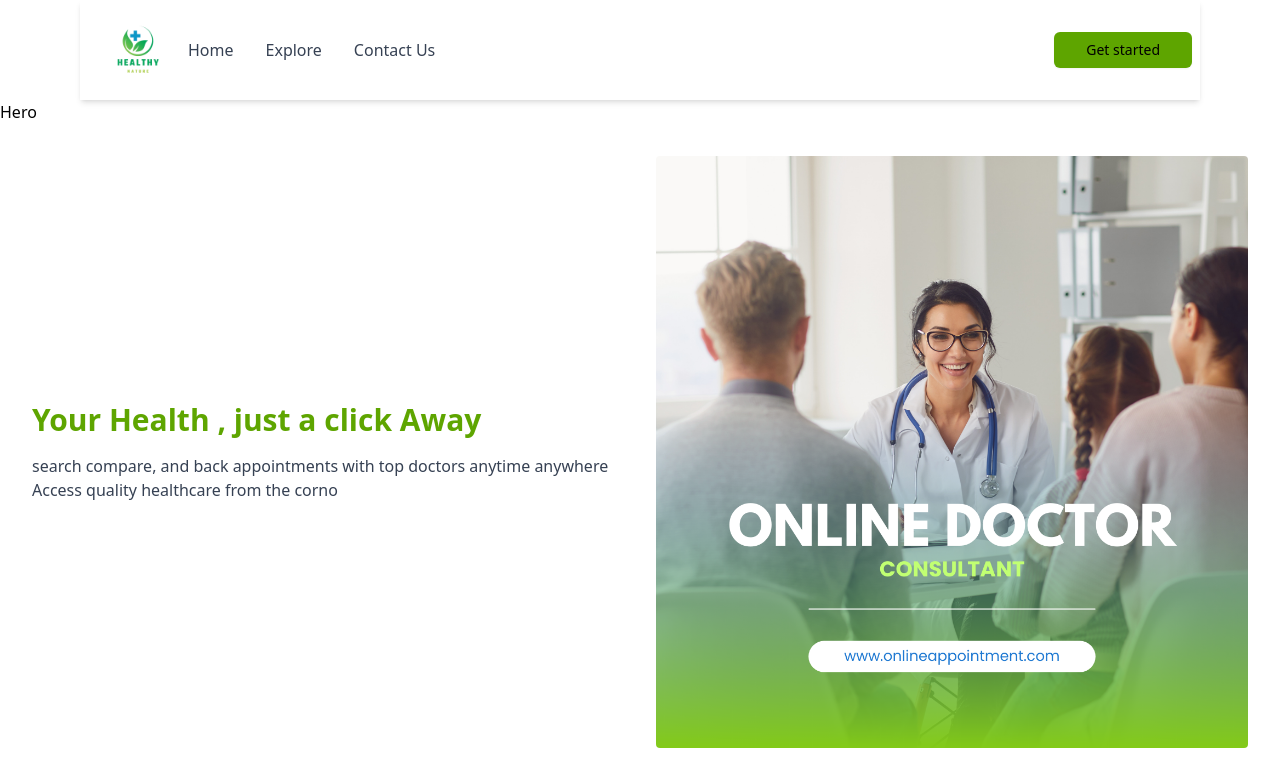
Repository: Muyassar-Mamdoh-Salem/appooinetment_app_frontend
Page: /
The author's editor kept a copy of each file at every save. The page is drawn from the files as they stood at one save, then again after the next save.
The browser window is 1280 px wide. The pictures show the whole page.
The project was rebuilt for these pictures with package versions that can differ from the ones it lists, and the page was loaded fresh each time. The framework's server and built-in components were replaced by stand-ins that run in the browser. Also part of the build but not shown: next.config.mjs.

Above is the page before, as saved 2025-07-03 15:23:48.

After the next save:
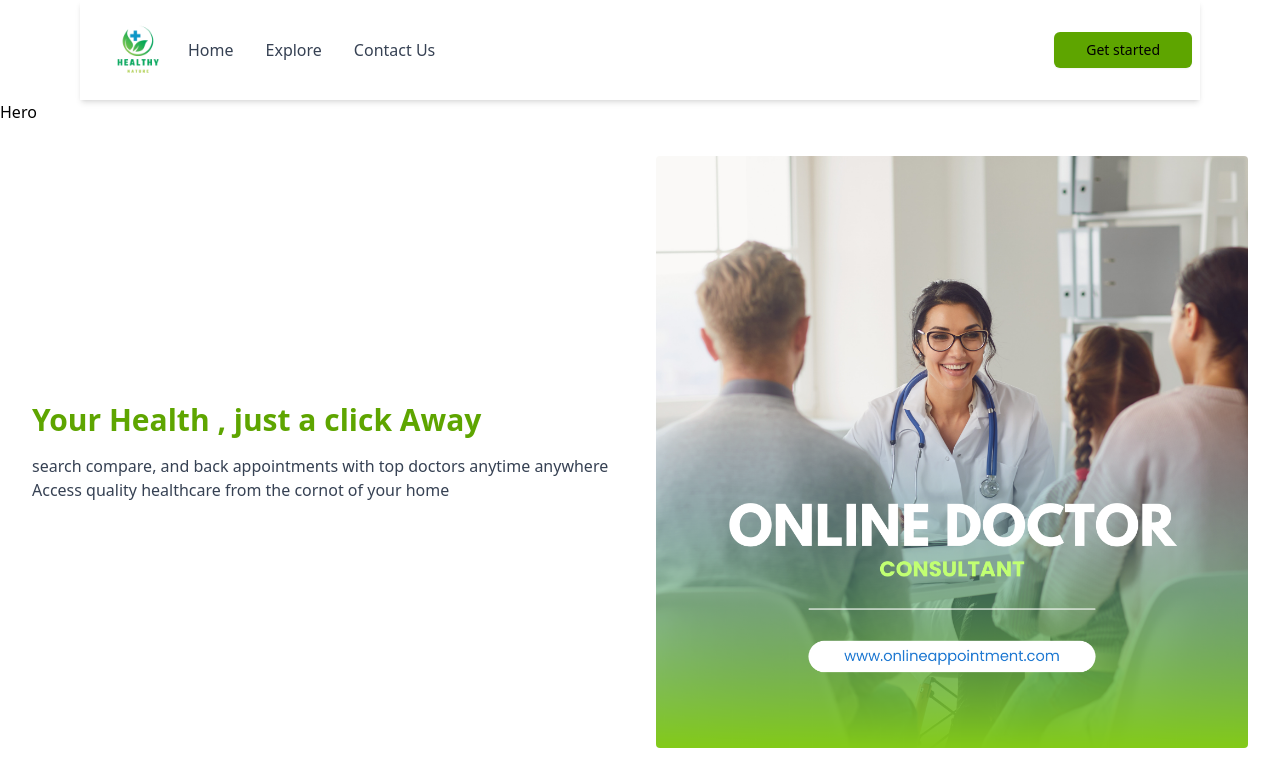
Saved 10 s later.
--- a/app/_compnents/Hero.jsx
+++ b/app/_compnents/Hero.jsx
@@ -13,7 +13,7 @@ function Hero() {
           </h2>
 
           <p className="mt-4 text-gray-700">
-           search compare, and back appointments with top doctors anytime anywhere Access quality healthcare from the corno
+           search compare, and back appointments with top doctors anytime anywhere Access quality healthcare from the cornot of your home
           </p>
         </div>
       </div>
